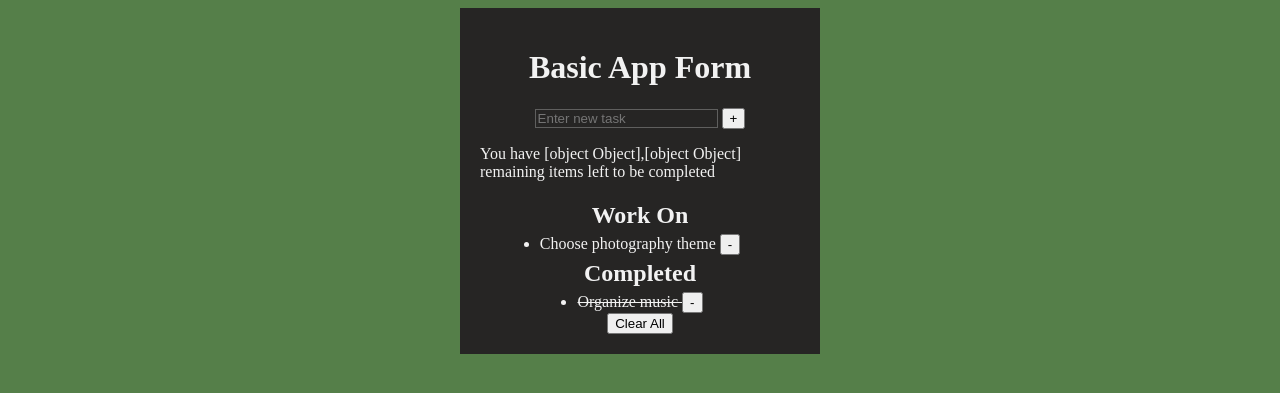
Repository: Kayla-amr/dgm_3760
Page: todoTemplate-W2/index.html
An editor plug-in stored every save of this project. The page is shown before and after the next save, followed by the edit.
The browser window is 1280 px wide. The pictures show the whole page.

Above is the page before, as saved 2022-11-08 12:58:35.

After the next save:
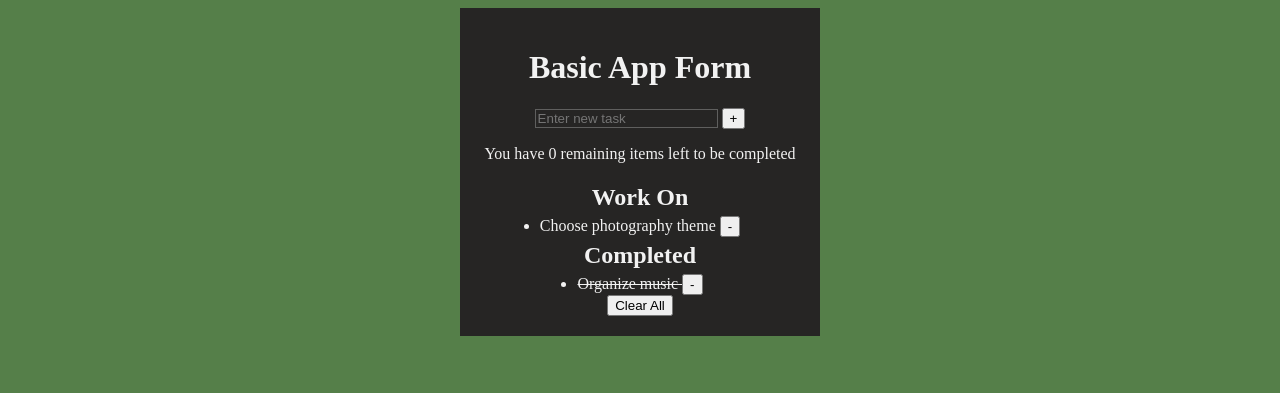
Saved 6 s later.
--- a/todoTemplate-W2/index.js
+++ b/todoTemplate-W2/index.js
@@ -94,7 +94,7 @@ function deleteComplete() {
 function remaining(){
     let todoTaskUl = document.querySelector('.todoTasks').getElementsByTagName('li').length;
 
-    remainingTasks.textContent = `You have ${myList} remaining items left to be completed`
+    remainingTasks.textContent = `You have ${todoTaskUl} remaining items left to be completed`
 }
 
 remaining()
